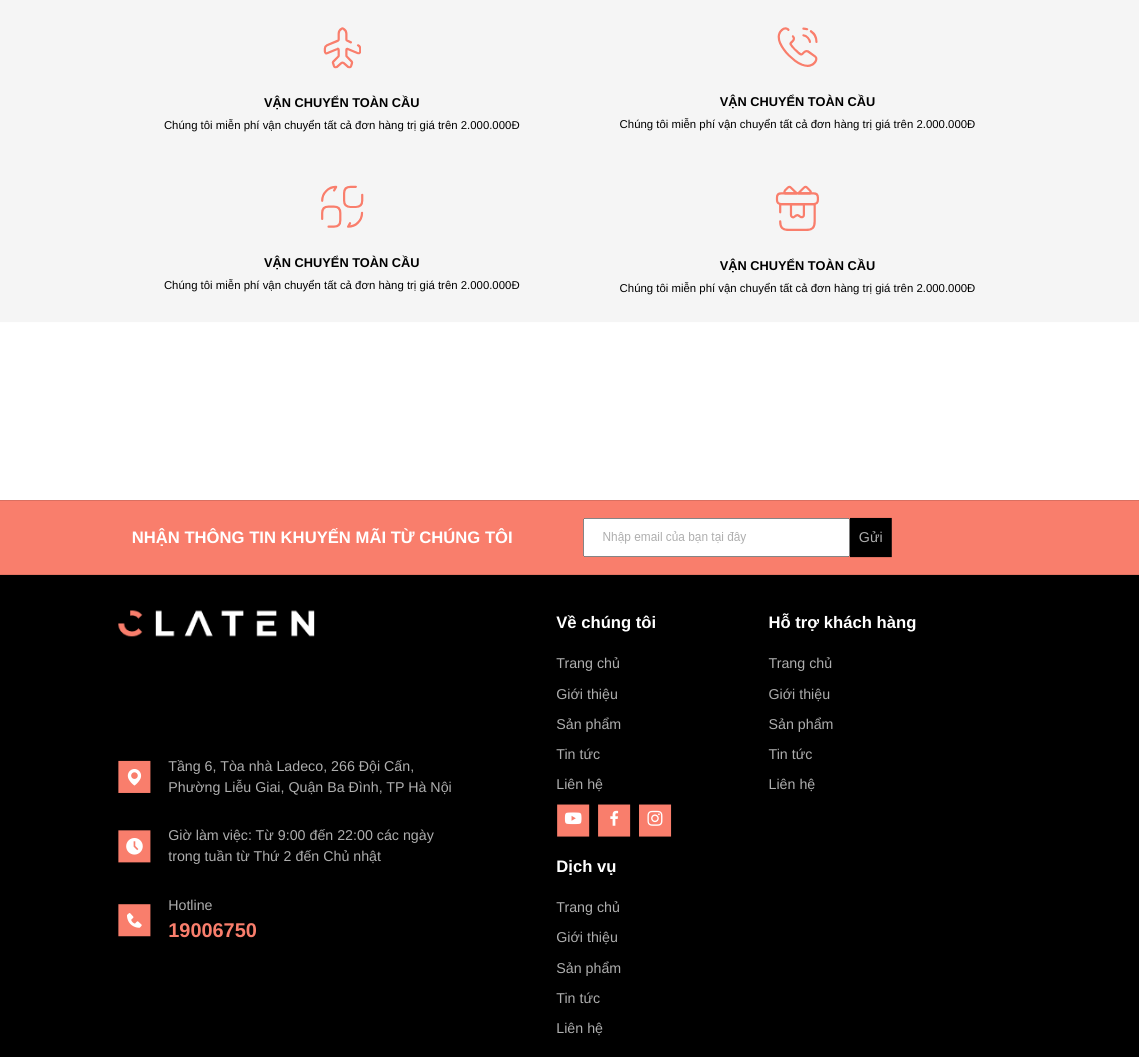
Repository: RennoPMXK/doan
Page: index.html
These files come from the project's save history. The page is drawn as it stood at one moment and after the next save; the edit follows.
The browser window is 1280 px wide. The pictures show the part of the page from y = 573 to 1761 px (the page is 1761 px tall), at 89% of full size.

Above is the page before, as saved 2021-11-16 20:06:26.

After the next save:
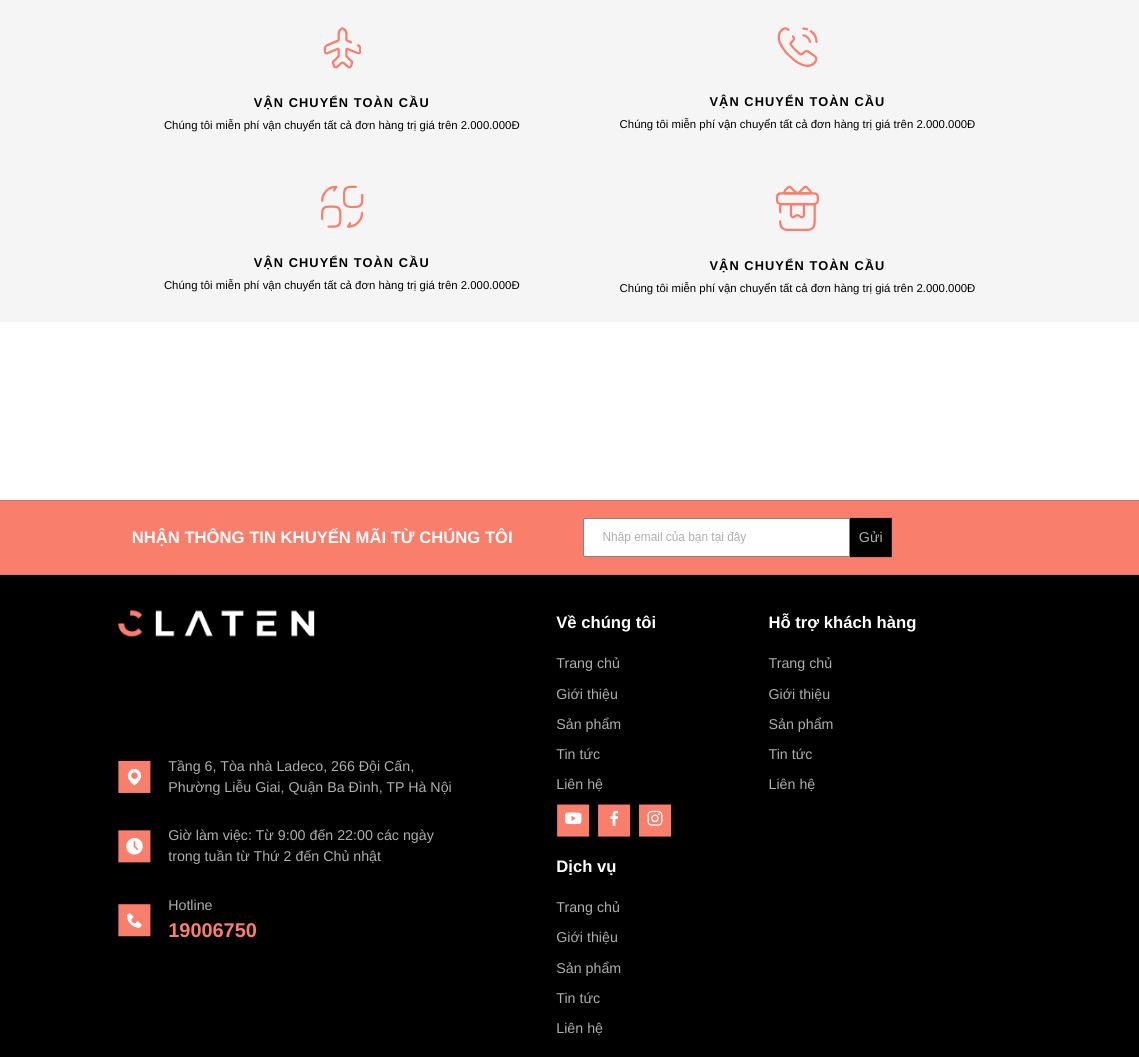
Saved 32 s later.
--- a/style.css
+++ b/style.css
@@ -360,6 +360,7 @@ li {
 
 .hero-section-mini-item h3 {
    font-size: 0.9rem;
+   letter-spacing: 1.2px;
 }
 
 .hero-section-mini-item p {
